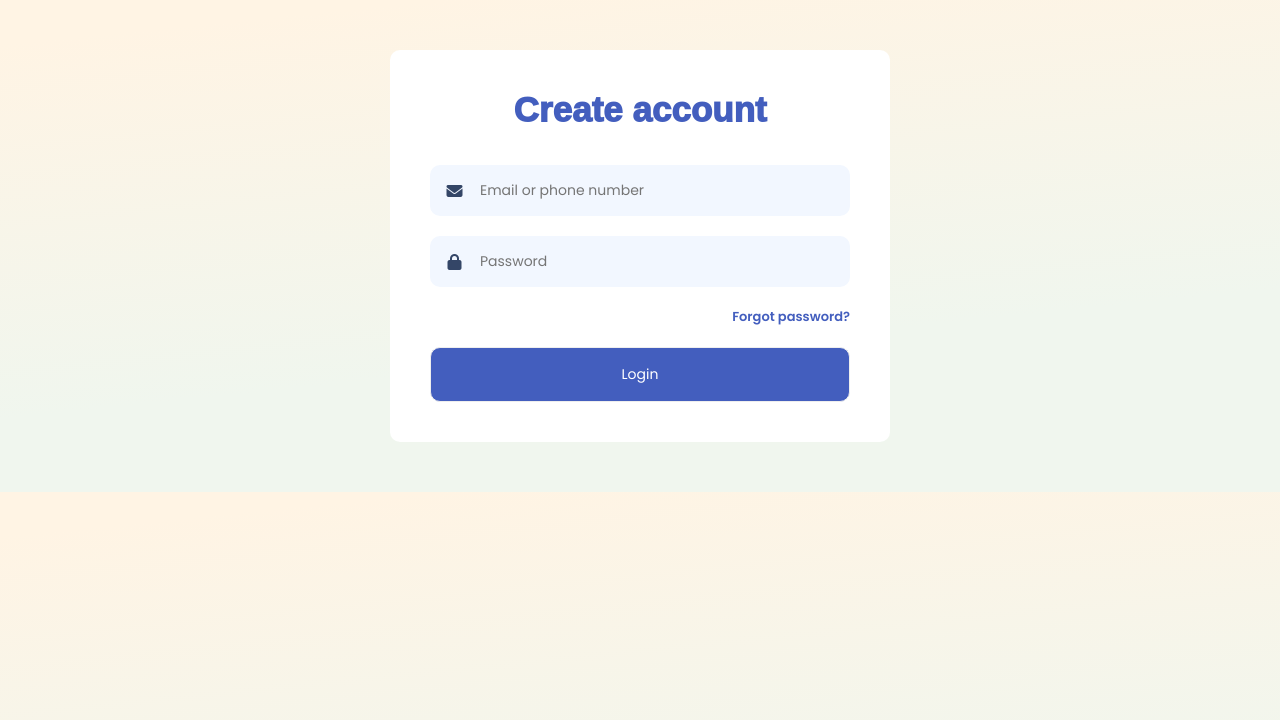
Repository: VuTuanAnh0949/loginForm
Page: index.html
An editor plug-in stored every save of this project. The page is shown before and after the next save, followed by the edit.
The browser window is 1280 px wide. The pictures show the whole page.

Above is the page before, as saved 2022-04-15 21:11:17.

After the next save:
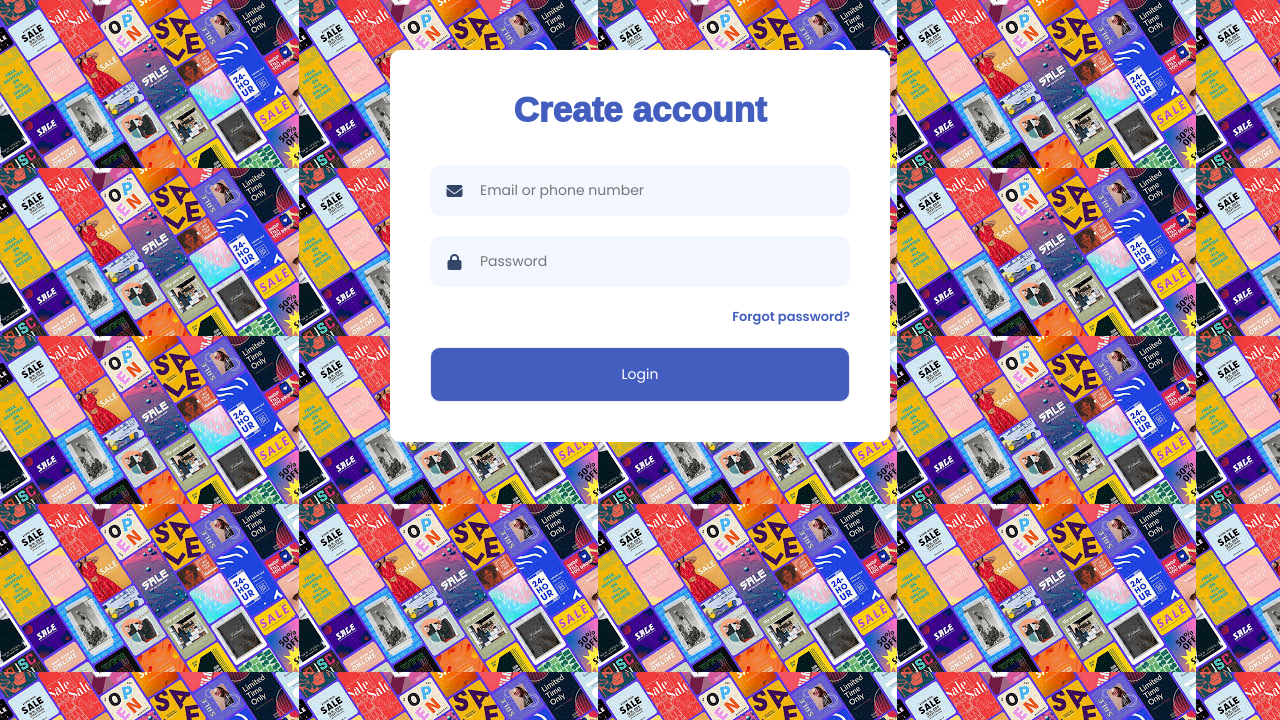
Saved 2 min 42 s later.
--- a/style.css
+++ b/style.css
@@ -7,6 +7,7 @@ box-sizing: border-box;
 }
 body{
   background-image: linear-gradient( 174.2deg,  rgba(255,244,228,1) 7.1%, rgba(240,246,238,1) 67.4% );
+  background-image: url("/images\ \(3\).jfif");
 }
 .login{
 width: 500px;
